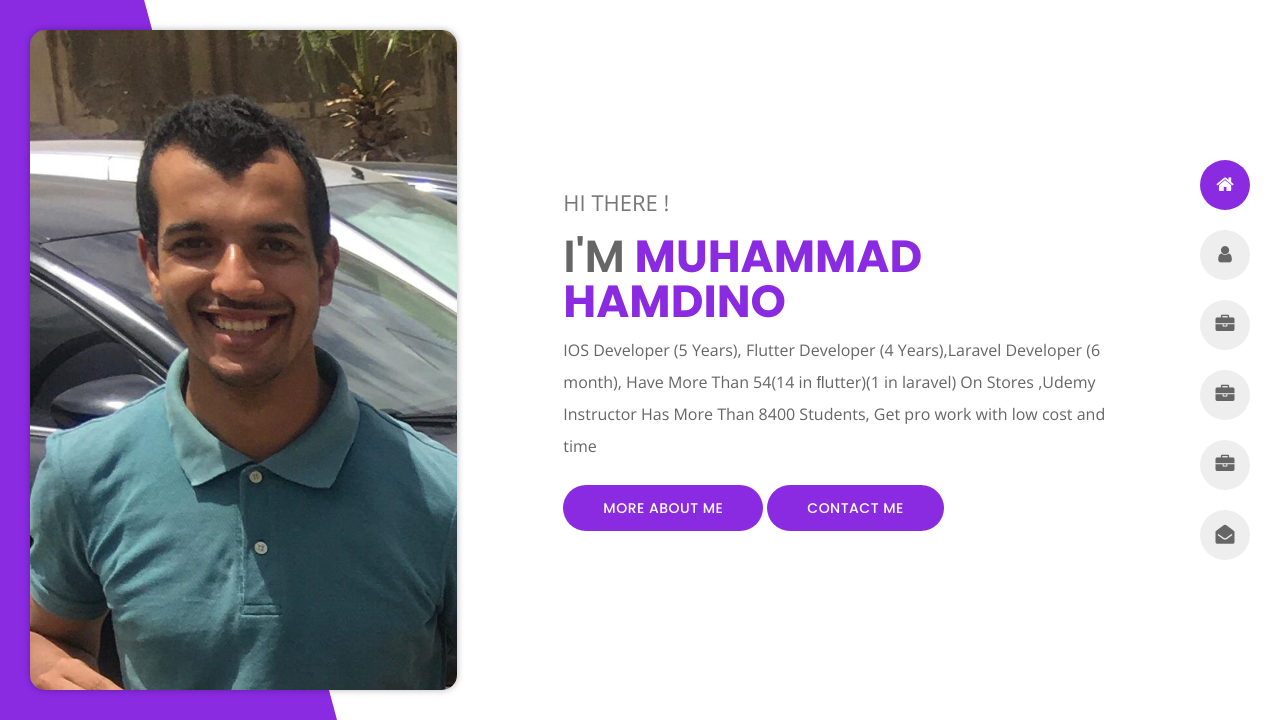
Repository: mhamdimno/mywebsite
Page: index.html
These files come from the project's save history. The page is drawn as it stood at one moment and after the next save; the edit follows.
The browser window is 1280 px wide. The pictures show the whole page.

Above is the page before, as saved 2023-06-03 16:00:56.

After the next save:
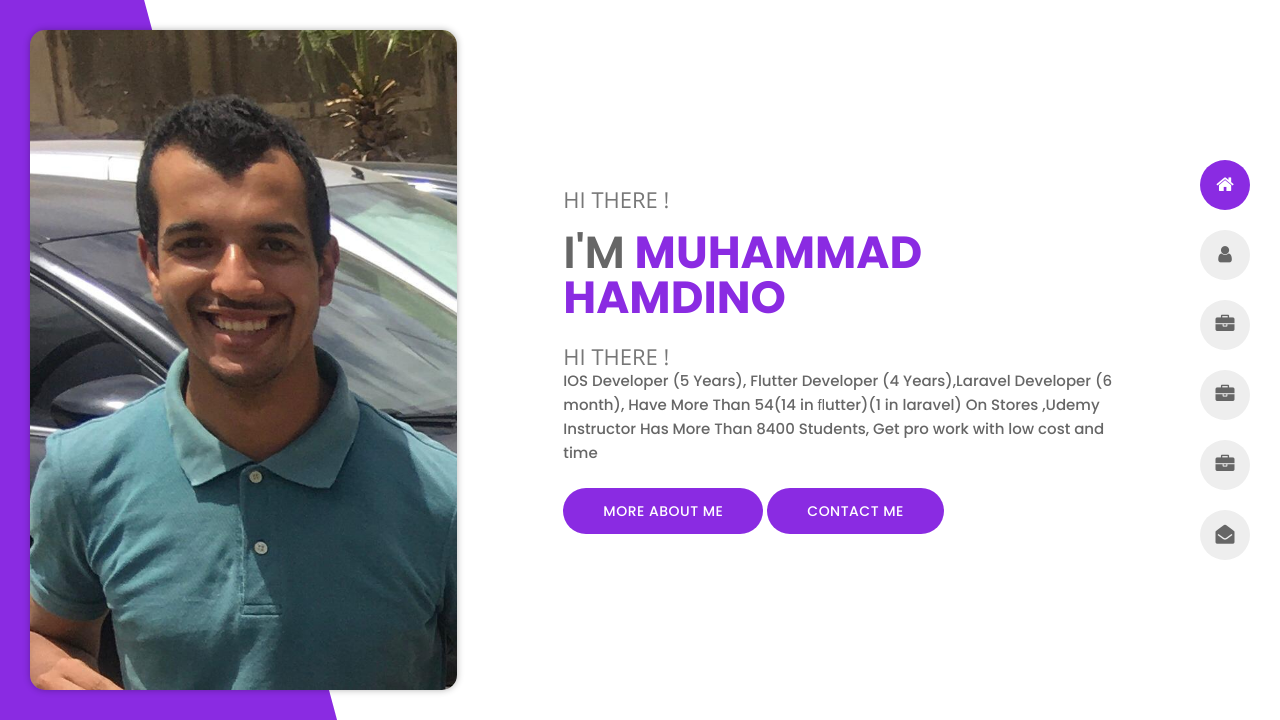
Saved 70 s later.
--- a/index.html
+++ b/index.html
@@ -99,6 +99,8 @@
                 <h6 class="text-uppercase open-sans-font mb-0 d-block d-sm-none d-lg-block">hi there !</h6>
                 <h1 class="text-uppercase poppins-font"><span>I'm</span> Muhammad Hamdino</h1>
                 <p class="open-sans-font">
+                    <h6 class="text-uppercase open-sans-font mb-0 d-block d-sm-none d-lg-block">hi there !</h6>
+
                     IOS Developer (5 Years), Flutter Developer (4 Years),Laravel Developer (6 month), Have More Than 54(14 in ﬂutter)(1 in laravel) On Stores ,Udemy Instructor Has More Than 8400 Students,
                     Get pro work with low cost and time
                 </p>
